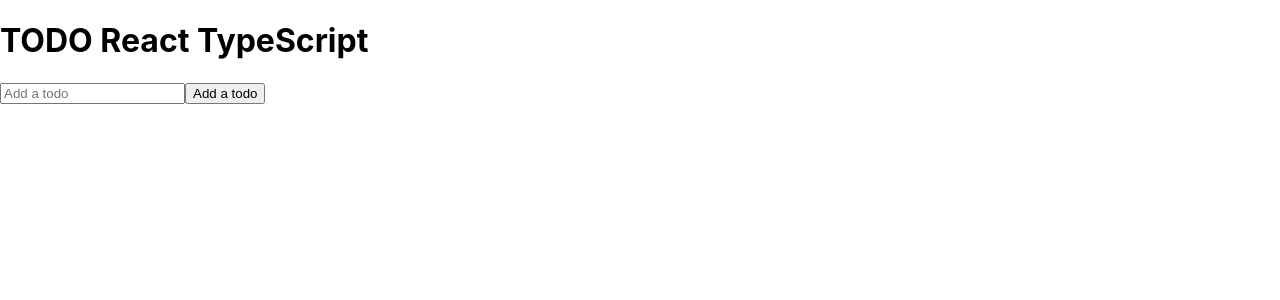
Repository: gligor99/todo-ts-react
Page: /
An editor plug-in stored every save of this project. The page is shown before and after a run of saves, followed by the edit.
The browser window is 1280 px wide. The pictures show the whole page.
The project was rebuilt for these pictures with package versions that can differ from the ones it lists, and the page was loaded fresh each time. Also part of the build but not shown: src/components/TodoListItem.tsx.

Above is the page before, as saved 2021-11-19 21:24:46.

### src/App.tsx
import React, { useState } from "react";
import "./App.css";
import TodoForm from "./components/TodoForm";
import TodoList from "./components/TodoList";

function App() {
  const [todos, setTodos] = useState<Array<Todo>>([]);

  const addTodo: AddTodo = (newTodo) => {
    if (newTodo !== "") {
      setTodos([...todos, { text: newTodo, complete: false }]);
    }
  };

  const toggleComplete: ToggleComplete = (selectedTodo) => {
    const updatedTodos = todos.map((todo) => {
      if (todo === selectedTodo) {
        return { ...todo, complete: !todo.complete };
      }
      return todo;
    });
    setTodos(updatedTodos)
  };

  return (
    <div className="App">
      <h1>TODO React TypeScript</h1>
      <TodoForm addTodo={addTodo} />
      <TodoList todos={todos} toggleComplete={toggleComplete} />
    </div>
  );
}

export default App;

### src/App.css
.todo-form {
    width: 60%;
}

### src/components/TodoForm.tsx
import React, { ChangeEvent, FormEvent, useState } from "react";

interface TodoFormProps {
  addTodo: AddTodo;
}

const TodoForm: React.FC<TodoFormProps> = ({ addTodo }) => {
  const [newTodo, setNewTodo] = useState<string>("");

  const handleChange = (e: ChangeEvent<HTMLInputElement>) => {
    setNewTodo(e.target.value);
  };

  const handleSubmit = (e: FormEvent<HTMLButtonElement>) => {
    e.preventDefault();
    addTodo(newTodo);
    setNewTodo("");
  };

  return (
    <form className="todo-form">
      <input
        type="text"
        value={newTodo}
        className="todo-input"
        placeholder="Add a todo"
        onChange={handleChange}
      />
      <button type="submit" className="todo-button" onClick={handleSubmit}>
        Add a todo
      </button>
    </form>
  );
};

export default TodoForm;

### src/components/TodoList.tsx
import React from "react";
import TodoListItem from "./TodoListItem";

interface TodoListProps {
  todos: Array<Todo>;
  toggleComplete: ToggleComplete;
}

const TodoList: React.FC<TodoListProps> = ({ todos, toggleComplete }) => {
  return (
    <ul>
      {todos.map((todo) => {
          return (
              <ul>
                  <TodoListItem key={todo.text} todo={todo} toggleComplete={toggleComplete}/>
              </ul>
          )
      })}
    </ul>
  );
};

export default TodoList;

Loaded but not shown: public/index.html (common file); src/index.tsx (common file); src/index.css (common file); src/reportWebVitals.ts (common file)

After the next 2 saves:
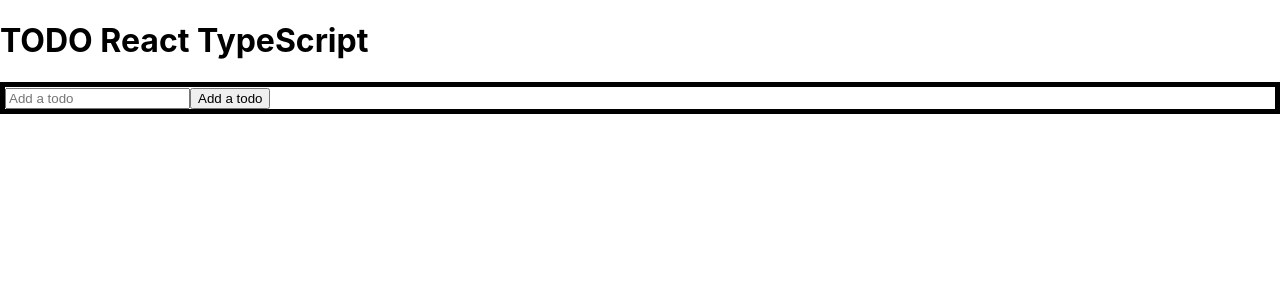
The 2 saves are shown as one change because they came seconds apart.
The last was saved 10 s later.
--- a/src/App.css
+++ b/src/App.css
@@ -1,3 +1,3 @@
 .todo-form {
-    width: 60%;
+    border: 5px solid black;
 }

After the save that followed:
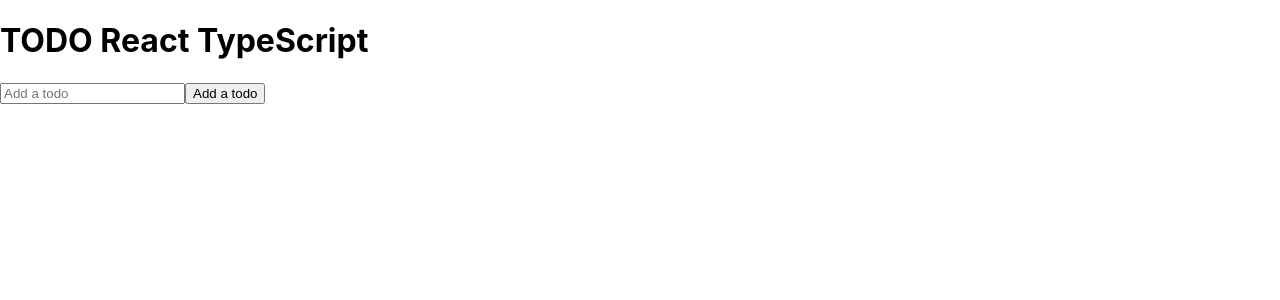
Saved 11 s later.
--- a/src/App.css
+++ b/src/App.css
@@ -1,3 +1,3 @@
 .todo-form {
-    border: 5px solid black;
+    width: 60%;
 }
